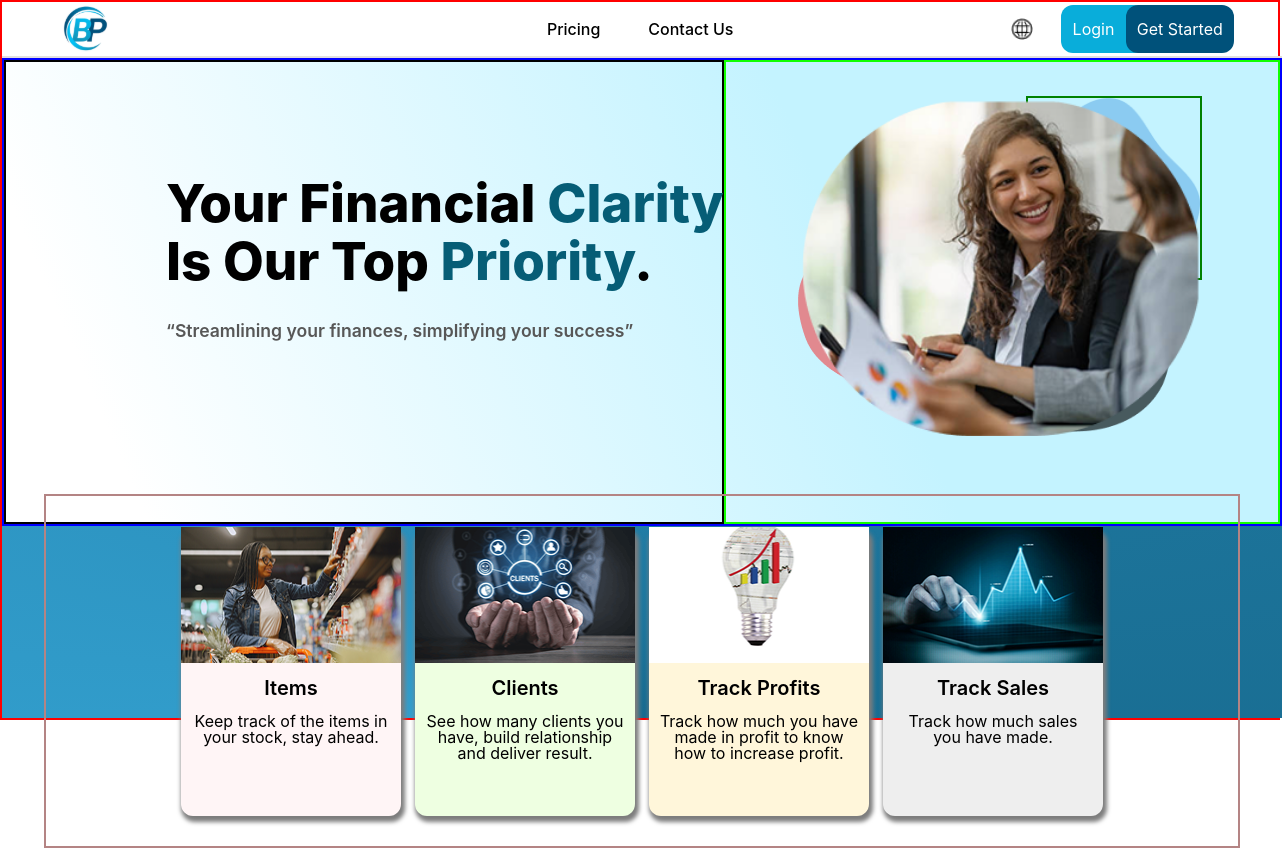
Repository: dark-txch/Bizpadi
Page: /
These files come from the project's save history. The page is drawn as it stood at one moment and after the next save; the edit follows.
The browser window is 1280 px wide. The page is 1282 px wide, so the pictures cover 1282 px, including what lies to the right of the window. The pictures show the whole page.
The project was rebuilt for these pictures with package versions that can differ from the ones it lists, and the page was loaded fresh each time. Also part of the build but not shown: vite.config.js, src/components/ErrorBoundary.jsx, src/components/LandingPage/PricingPage/Pricing.jsx, src/components/LandingPage/LogInPage/LogIn.jsx.

Above is the page before, as saved 2025-04-07 09:45:57.

After the next save:
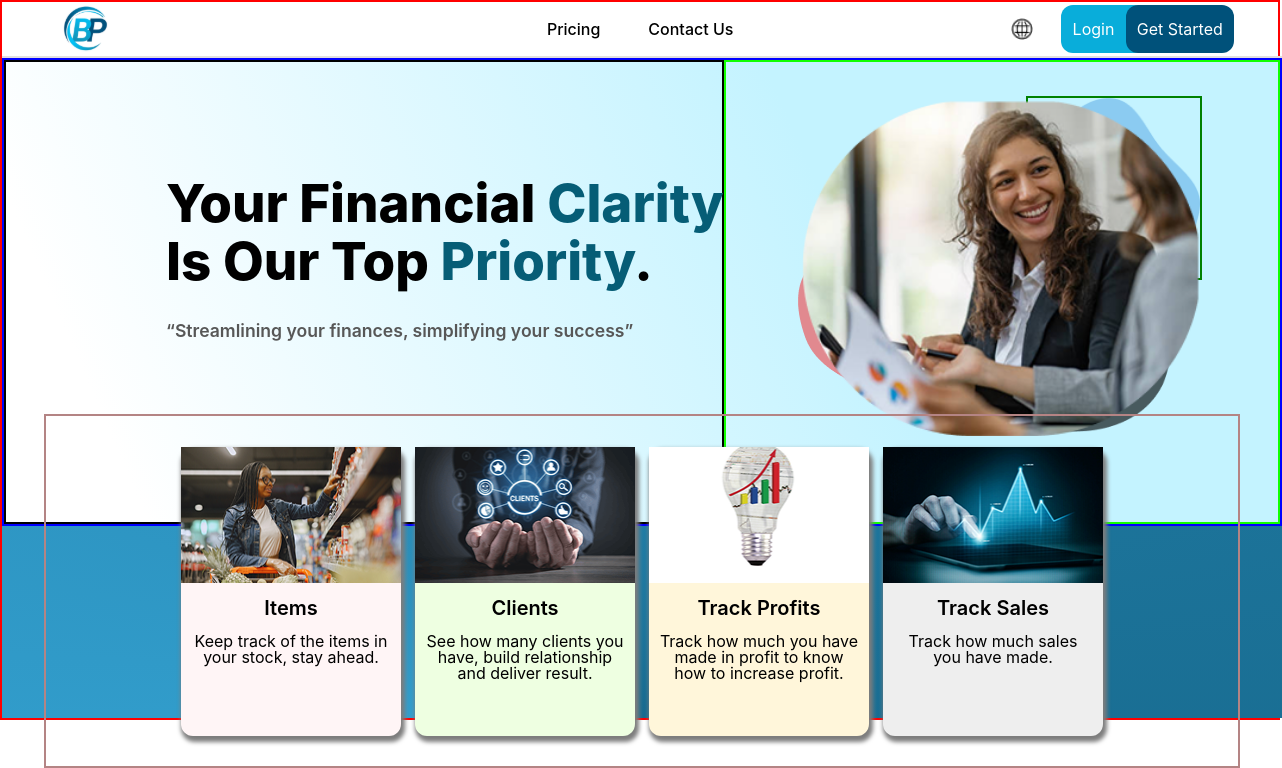
Saved 9 s later.
--- a/src/App.css
+++ b/src/App.css
@@ -235,7 +235,7 @@
 	gap: 14px;
 	position: absolute;
 	/* top: 400px; */
-	transform: translate(0, -2rem);
+	transform: translate(0, -7rem);
 	z-index: 999;
 
 	border: 2px solid rgb(180, 132, 132);
